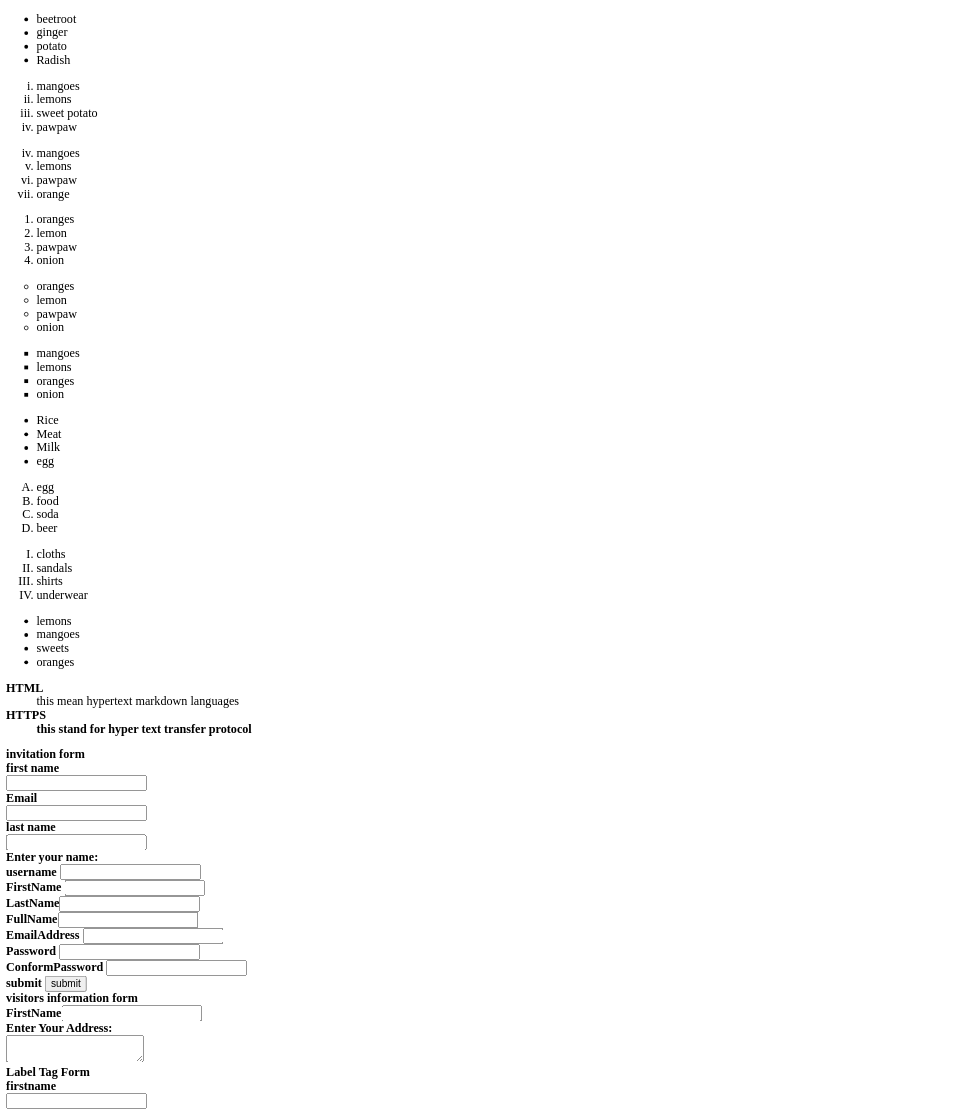
Repository: Okwahi/first--code-lessons
Page: Rinato.html
An editor plug-in stored every save of this project. The page is shown before and after a run of saves, followed by the edit.
The browser window is 1280 px wide. The pictures show the whole page, at 76% of full size.

Above is the page before, as saved 2023-03-09 13:46:26.

After the next 6 saves:
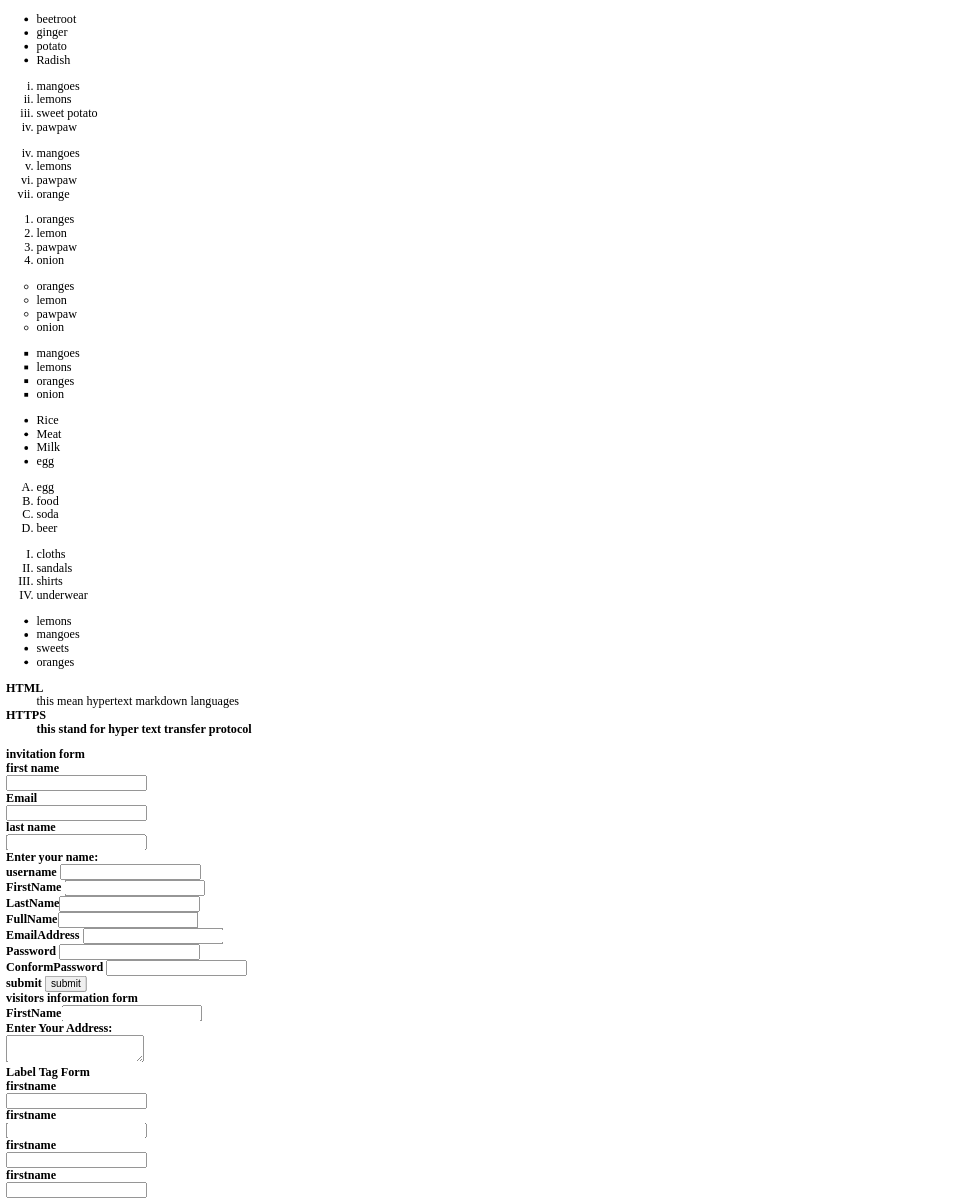
The 6 saves are shown as one change because they came seconds apart.
The last was saved 64 s later.
--- a/Rinato.html
+++ b/Rinato.html
@@ -107,6 +107,12 @@
             <form action="">Label Tag Form <br>
                 <label for="firstname">firstname</label> <br>
                 <input type="text" id="Firstname" name="firstname"> <br>
+                <label for="firstname">firstname</label> <br>
+                <input type="text" id="Firstname" name="firstname"> <br>
+                <label for="firstname">firstname</label> <br>
+                <input type="text" id="Firstname" name="firstname"> <br>
+                <label for="firstname">firstname</label> <br>
+                <input type="text" id="Firstname" name="firstname"> <br>
 
 
 
